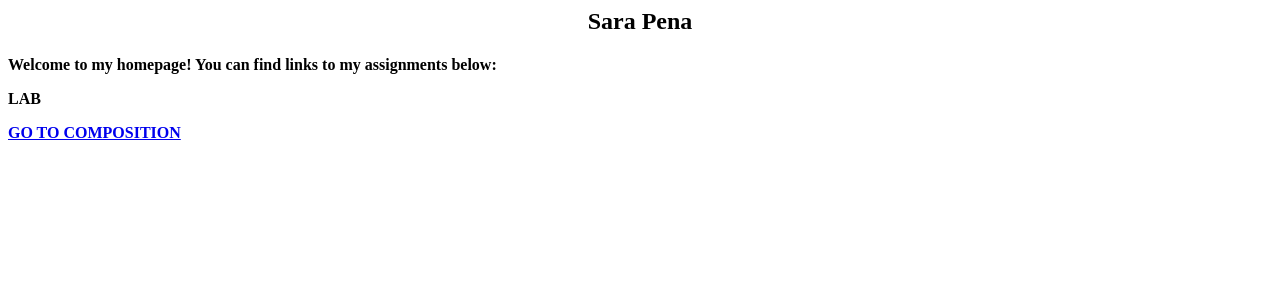
Repository: penas326/penas326.github.io
Page: index.html
The author's editor kept a record of every edit. The page is drawn from the files as they stood at one moment, then again after the next edit.
The browser window is 1280 px wide. The pictures show the whole page.

Above is the page before.

After the next edit:
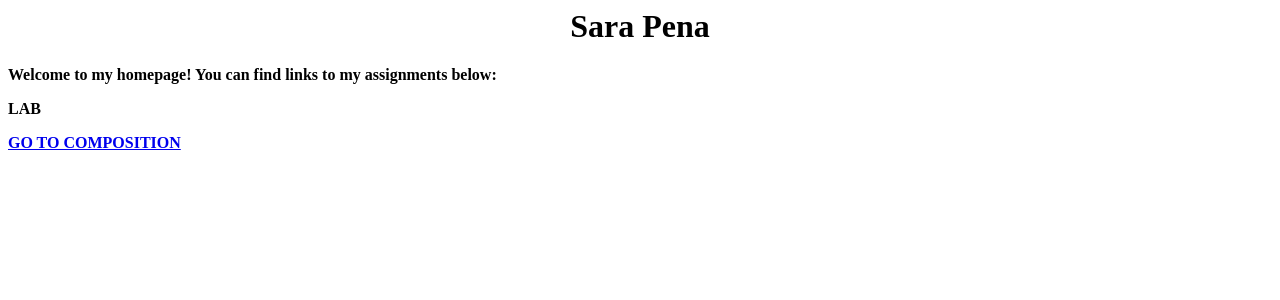
The edit:
--- a/index.html
+++ b/index.html
@@ -3,7 +3,7 @@
     <head>
         <title>Hello World</title>
     </head>
-           <h><strong><h2 align="center"><font face="Futura">Sara Pena</h2>
+           <h><strong><h1 align="center"><font face="Futura">Sara Pena</h1>
     <body>
         <p><strong><h4><font face="Futura">Welcome to my homepage! You can find links to my assignments below:</p>
     </body>
